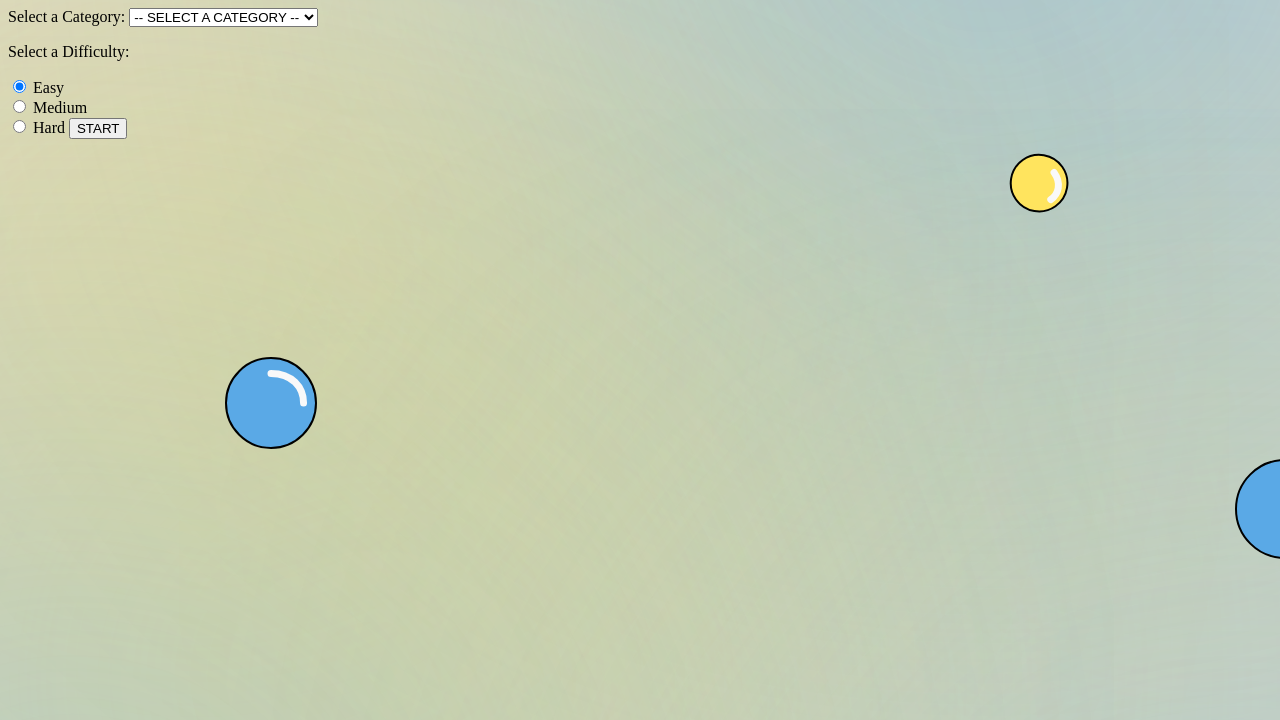
Repository: sierralaurent/SmartiePants
Page: trivia.html
These files come from the project's save history. The page is drawn as it stood at one moment and after the next save; the edit follows.
The browser window is 1280 px wide. The pictures show the whole page.
The page's requests for data from a server got no answer.

Above is the page before, as saved 2023-05-16 12:13:43.

After the next save:
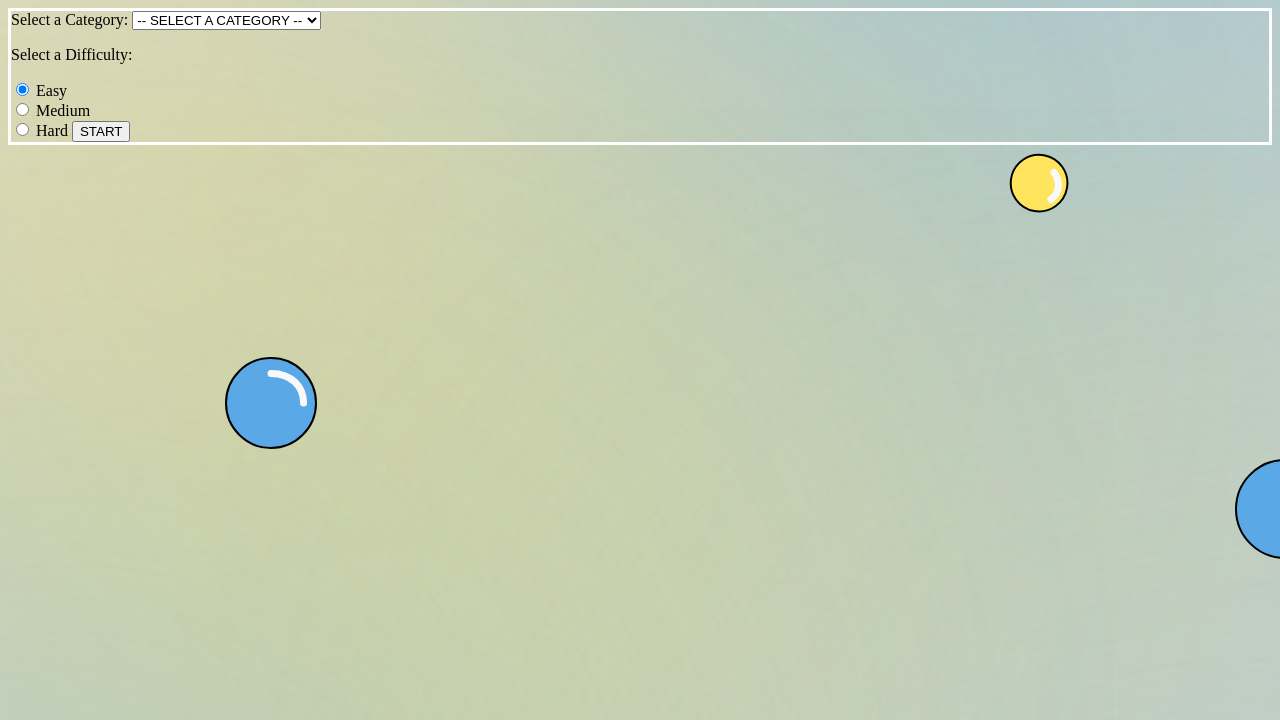
Saved 22 s later.
--- a/trivia.css
+++ b/trivia.css
@@ -1,6 +1,6 @@
 body {
     background-image: url('./background.svg');
 }
-.maincontainer {
+.mainContainer {
     border: 3px solid white;
 }
